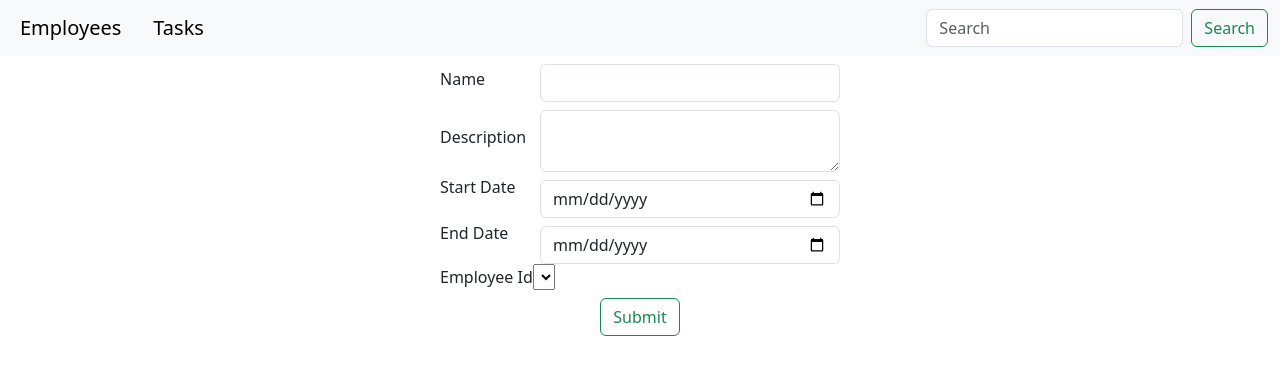
Repository: RaffiBarseghyan/employees
Page: /tasks
An editor plug-in stored every save of this project. The page is shown before and after the next save, followed by the edit.
The browser window is 1280 px wide. The pictures show the whole page.
The project was rebuilt for these pictures with package versions that can differ from the ones it lists, and the page was loaded fresh each time. Some packages were replaced by stand-ins written for this rebuild. Also part of the build but not shown: src/App.css, src/Pages/Employees/employees.module.scss, src/Pages/UpDel/upDel.module.scss, src/Pages/UpDel/delete.jsx, src/Pages/Employees/employees.jsx, src/Pages/UpDel/update.jsx.

Above is the page before, as saved 2023-06-15 21:45:28.

### src/App.jsx
import "./App.css";
import Header from "./Pages/Header/header";
import { BrowserRouter, Routes, Route } from "react-router-dom";
import "bootstrap/dist/css/bootstrap.css";
import Employees from "./Pages/Employees/employees";
import Tasks from "./Pages/Tasks/tasks";
import Update from "./Pages/UpDel/update";

function App() {
  return (
    <>
      <BrowserRouter>
        <Header />

        <Routes>
          <Route path="/employees" element={<Employees />} />

          <Route path="/tasks" element={<Tasks />} />
          <Route path="/update" element={<Update />} />
        </Routes>
      </BrowserRouter>
    </>
  );
}

export default App;

### src/Pages/Header/header.jsx
import { Link } from "react-router-dom";
import style from "./header.module.scss";

function Header() {
  return (
    <>
      <nav className="navbar navbar-expand-lg bg-body-tertiary">
        <div className="container-fluid">
          <button
            className="navbar-toggler"
            type="button"
            data-bs-toggle="collapse"
            data-bs-target="#navbarSupportedContent"
            aria-controls="navbarSupportedContent"
            aria-expanded="false"
            aria-label="Toggle navigation"
          >
            <span className="navbar-toggler-icon"></span>
          </button>
          <div className="collapse navbar-collapse" id="navbarSupportedContent">
            <ul className="navbar-nav me-auto mb-2 mb-lg-0">
              <li className="nav-item">
                <Link className={`nav-link navbar-brand active ${style.linkStyle}`} to="/employees">
                  Employees
                </Link>
              </li>
              <li className="nav-item">
                <Link
                  className={`nav-link navbar-brand ${style.linkStyle}`}
                  to="/tasks"
                >
                  Tasks
                </Link>
              </li>
            </ul>
            <form className="d-flex" role="search">
              <input
                className="form-control me-2"
                type="search"
                placeholder="Search"
                aria-label="Search"
              />
              <button className="btn btn-outline-success" type="submit">
                Search
              </button>
            </form>
          </div>
        </div>
      </nav>
    </>
  );
}

export default Header;

### src/Pages/Tasks/tasks.jsx
import style from "./tasks.module.scss";

function Tasks() {
  return (
    <>
      <form
        action="https://rocky-temple-83495.herokuapp.com/tasks"
        method="post"
        target="_blank"
        className={`${style.employeeForm} container`}
      >
        <label htmlFor="name">
          Name
          <input
            className="form-control mt-2 "
            type="text"
            id="name"
            name="name"
          />
        </label>

        <label htmlFor="description">
          Description
          <textarea
            name="description"
            id="description"
            className="form-control mt-2"
          ></textarea>
        </label>

        <label htmlFor="startDate">
          <p>Start Date </p>
          <input
            className="form-control mt-2"
            type="date"
            id="startDate"
            name="startDate"
            placeholder="startDate"
          />
        </label>

        <label htmlFor="endDate">
          <p> End Date</p>
          <input
            className="form-control mt-2"
            type="date"
            id="endDate"
            name="endDate"
            placeholder="endDate"
          />
        </label>
        <label htmlFor="employeeId">
          Employee Id
          <select name="employeeId" id="employeeId"></select>
        </label>

        <input
          className="btn btn-outline-success mt-2"
          type="submit"
          value="Submit"
        />
      </form>
    </>
  );
}

export default Tasks;

### src/Pages/Tasks/tasks.module.scss
.employeeForm{
    width: 500px;
    display: flex;
    flex-direction: column;
    align-items: center;
    >label{
        width: 400px;
        display: flex;
        align-items: center;
        flex-direction: row;
        >input{
            width: 300px;
            margin-left: auto;

        }
        >textarea{
            width: 300px;
            margin-left: auto;

        }
        >select{

        }
    }

}

Loaded but not shown: src/index.js (common file); src/index.css (common file); src/reportWebVitals.js (common file); src/Pages/Header/header.module.scss (no stored copy; drawn as an empty file)

After the next save:
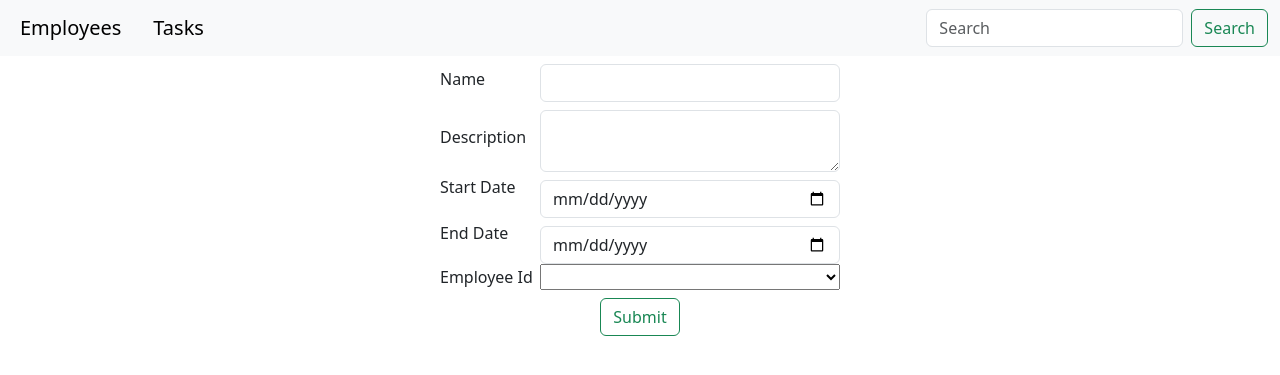
Saved 5 s later.
--- a/src/Pages/Tasks/tasks.module.scss
+++ b/src/Pages/Tasks/tasks.module.scss
@@ -1,26 +1,24 @@
-.employeeForm{
-    width: 500px;
+.employeeForm {
+  width: 500px;
+  display: flex;
+  flex-direction: column;
+  align-items: center;
+  > label {
+    width: 400px;
     display: flex;
-    flex-direction: column;
     align-items: center;
-    >label{
-        width: 400px;
-        display: flex;
-        align-items: center;
-        flex-direction: row;
-        >input{
-            width: 300px;
-            margin-left: auto;
-
-        }
-        >textarea{
-            width: 300px;
-            margin-left: auto;
-
-        }
-        >select{
-
-        }
+    flex-direction: row;
+    > input {
+      width: 300px;
+      margin-left: auto;
     }
-
+    > textarea {
+      width: 300px;
+      margin-left: auto;
+    }
+    > select {
+      width: 300px;
+      margin-left: auto;
+    }
+  }
 }
